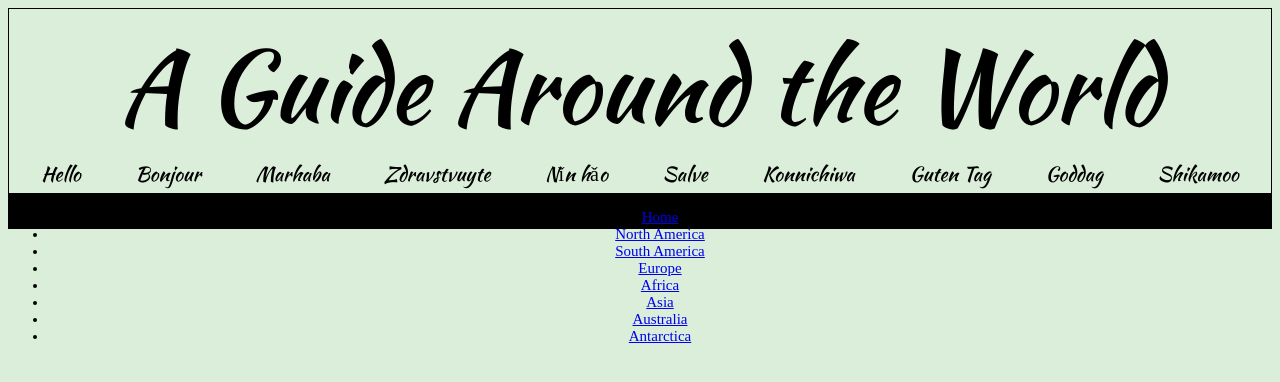
Repository: alharama/StaticWebsite
Page: index.html
These files come from the project's save history. The page is drawn as it stood at one moment and after the next save; the edit follows.
The browser window is 1280 px wide. The pictures show the whole page.

Above is the page before, as saved 2021-09-20 20:59:20.

After the next save:
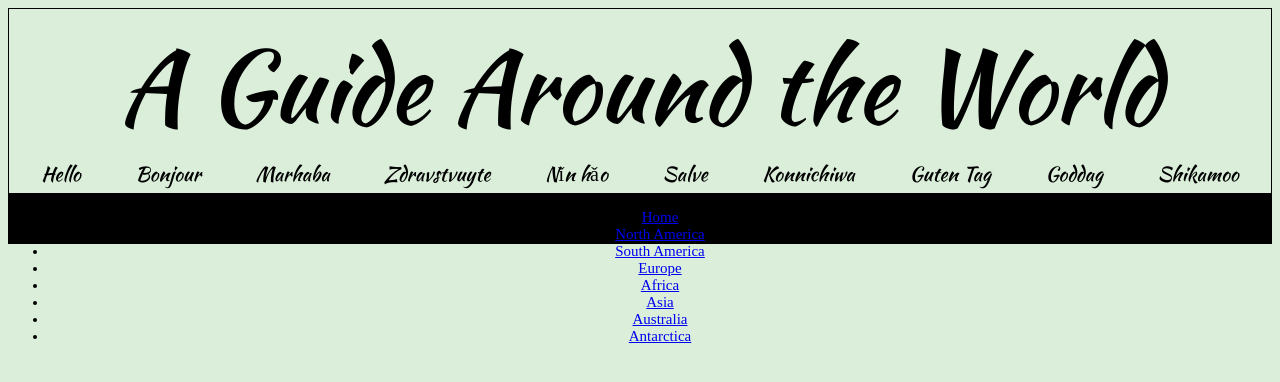
Saved 12 s later.
--- a/index.html
+++ b/index.html
@@ -27,7 +27,7 @@
 
         .top_nav {
             width: 100%;
-            height: 35px;
+            height: 50px;
             font-size: 15px;
             text-align: center;
             background-color: black;
